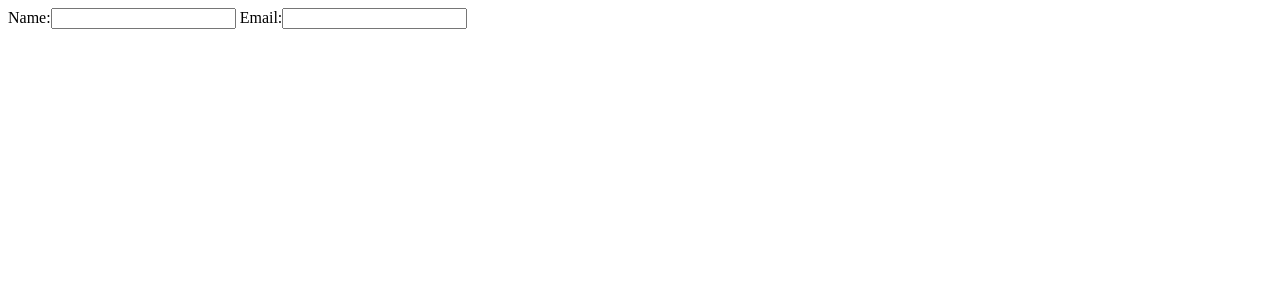
Repository: MohansaiAnuval/Projects-Servlet
Page: http://localhost/Servlet_JDBC/
The author's editor kept a copy of each file at every save. The page is drawn from the files as they stood at one save, then again after the next save.
The browser window is 1280 px wide. The pictures show the whole page.
The page is served by Tomcat 9.

Above is the page before, as saved 2024-05-29 10:07:28.

### Servlet_JDBC/src/main/webapp/index.jsp
<%@ page language="java" contentType="text/html; charset=ISO-8859-1"
    pageEncoding="ISO-8859-1"%>
<!DOCTYPE html>
<html>
<head>
<meta charset="ISO-8859-1">
<title>Insert title here</title>
</head>
<body>
<form>
Name:<input type="text" name="name1" >
Email:<input type="text" name="Email" >

</form>

</body>
</html>

After the next save:
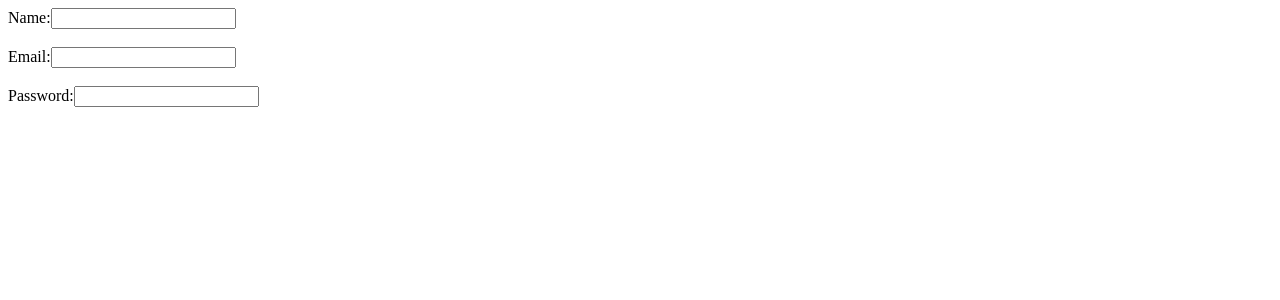
Saved 36 s later.
--- a/Servlet_JDBC/src/main/webapp/index.jsp
+++ b/Servlet_JDBC/src/main/webapp/index.jsp
@@ -8,8 +8,10 @@
 </head>
 <body>
 <form>
-Name:<input type="text" name="name1" >
-Email:<input type="text" name="Email" >
+Name:<input type="text" name="name1" ><br><br>
+Email:<input type="text" name="Email" ><br><br>
+Password:<input type="password" name="Email" ><br><br>
+
 
 </form>
 
